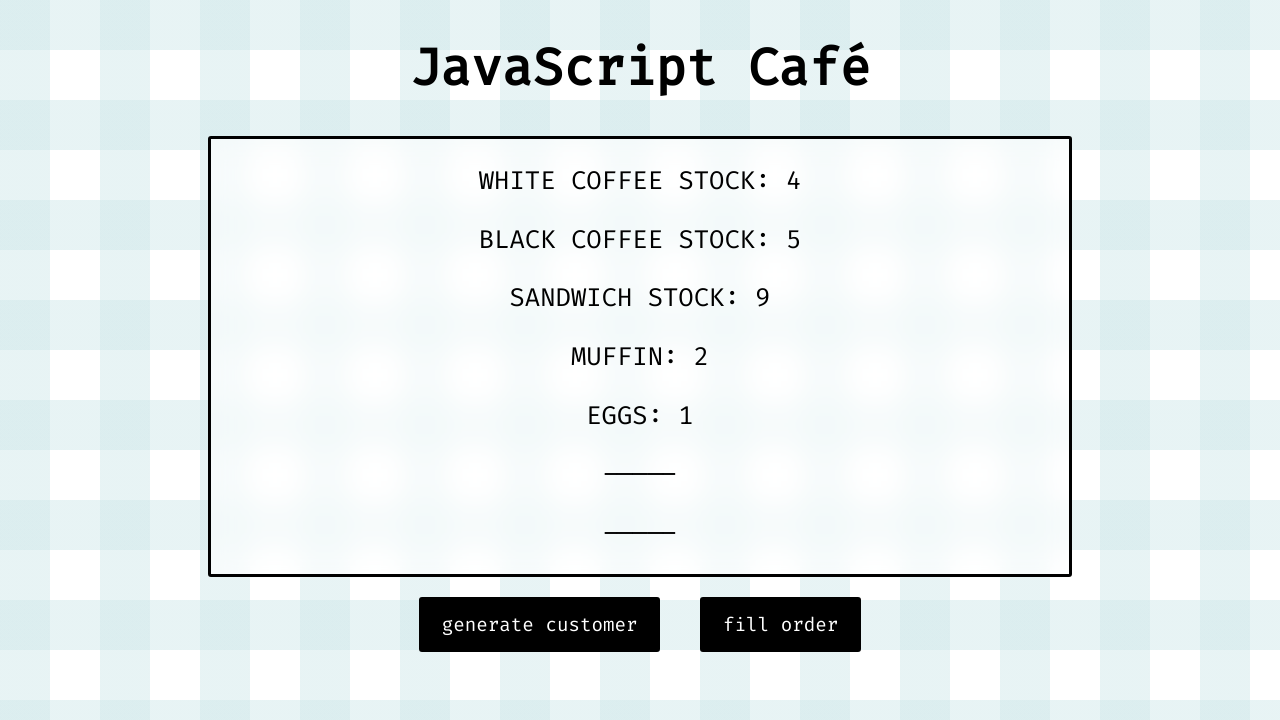
Repository: dev-academy-foundations-records/records-script
Page: Tiaanz/javascript-cafe/main/index.html
The author's editor kept a copy of each file at every save. The page is drawn from the files as they stood at one save, then again after a run of saves.
The browser window is 1280 px wide. The pictures show the whole page.
After loading, the first visible `#fillOrderButton` was clicked once.

Above is the page before, as saved 2023-01-24 14:42:24.

After the next 2 saves:
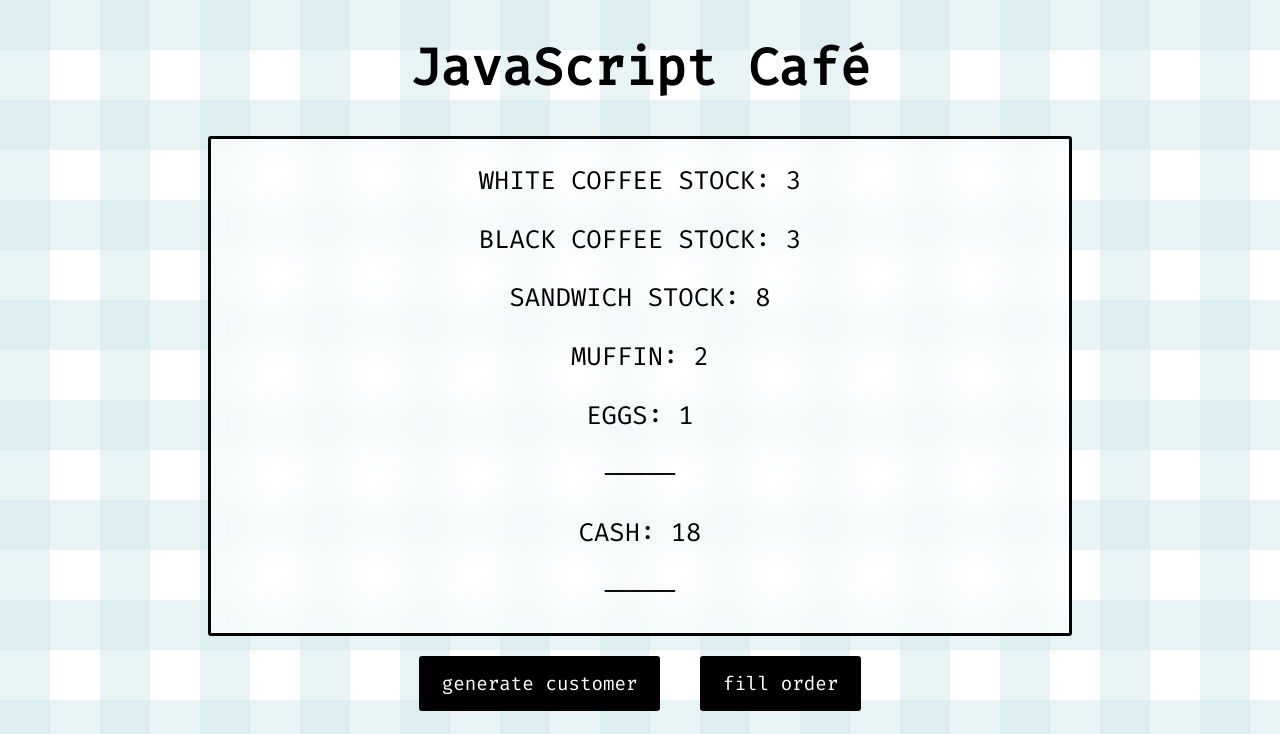
The 2 saves are shown as one change because they came seconds apart.
The last was saved 8 s later.
--- a/Tiaanz/javascript-cafe/main/cafe.js
+++ b/Tiaanz/javascript-cafe/main/cafe.js
@@ -125,7 +125,7 @@ function fillOrder() {
 }
 
 document.getElementById('fillOrderButton').addEventListener('click', () => {
-
+    fillOrder()
 })
 
 //----UTIL----//
